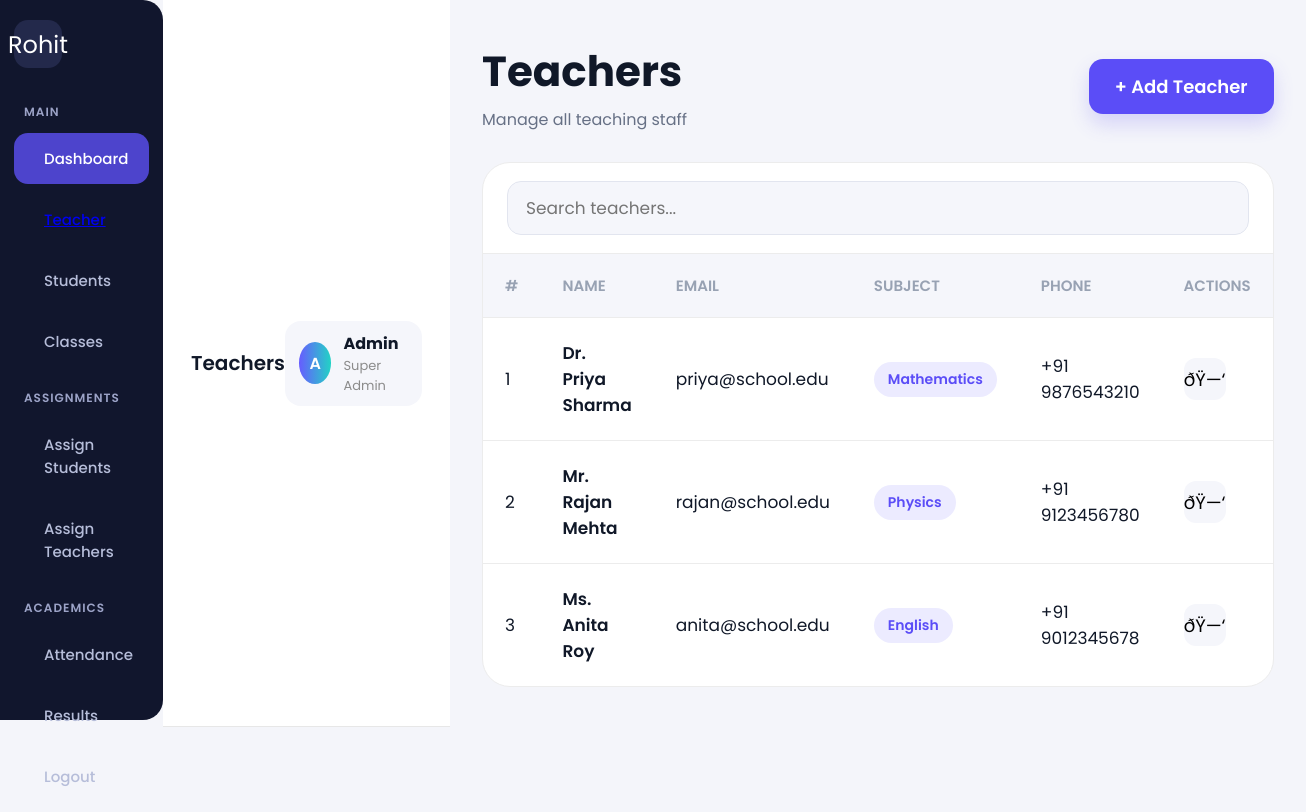
Repository: rohit-rk-07/school_management_system
Page: http://localhost/School_Management_System/teacher.jsp
An editor plug-in stored every save of this project. The page is shown before and after the next save, followed by the edit.
The browser window is 1280 px wide. The page is 1306 px wide, then 1293 px, so the pictures cover 1306 px, including what lies to the right of the window. The pictures show the whole page.
The page is served by Tomcat 10.

Above is the page before, as saved 2026-05-19 10:43:23.
Console error: TypeError: Cannot read properties of null (reading 'addEventListener')

After the next save:
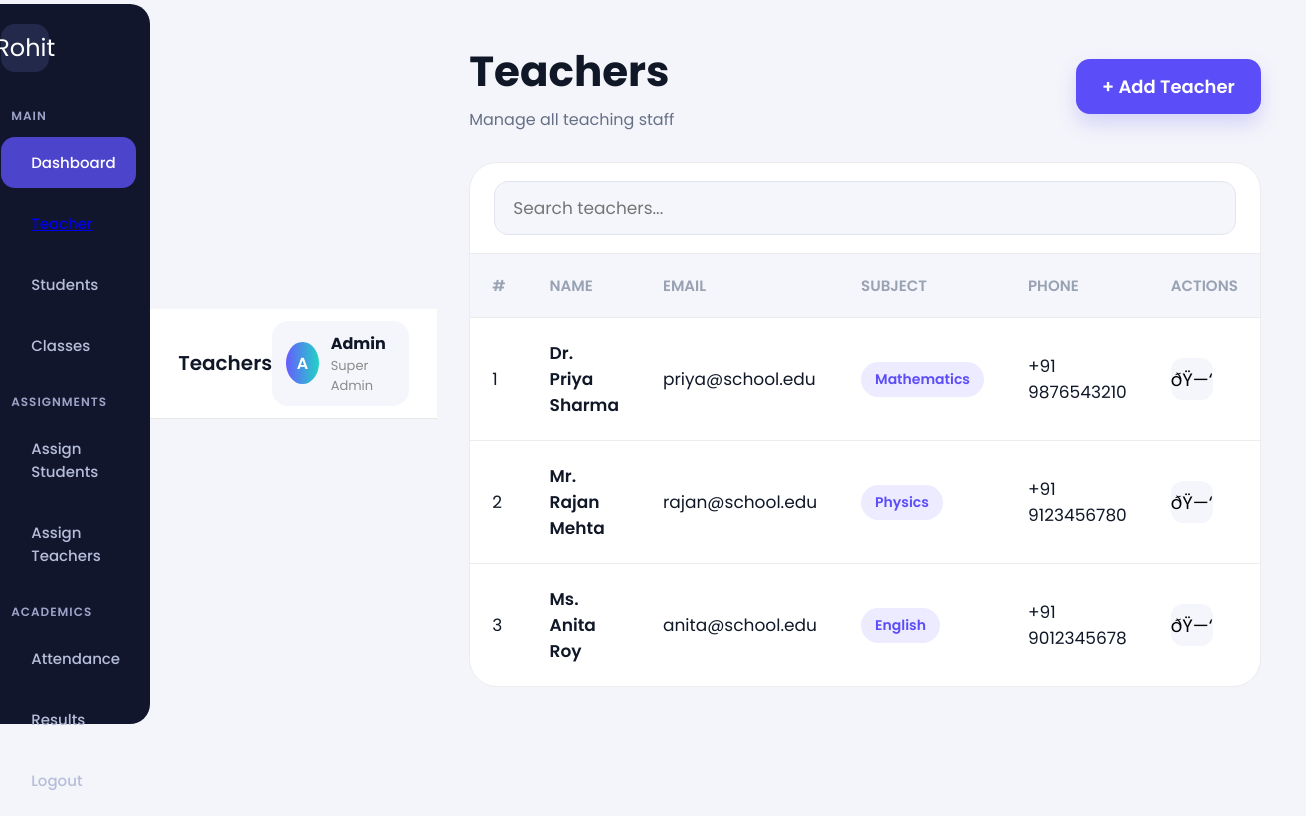
Saved 19 s later.
--- a/School_Management_System/src/main/webapp/teacher.jsp
+++ b/School_Management_System/src/main/webapp/teacher.jsp
@@ -27,7 +27,8 @@
             color:#101828;
             display: flex;
             flex-direction: row;
-
+            justify-content: center;
+            align-items: center;
         }
 
         /* =========================
